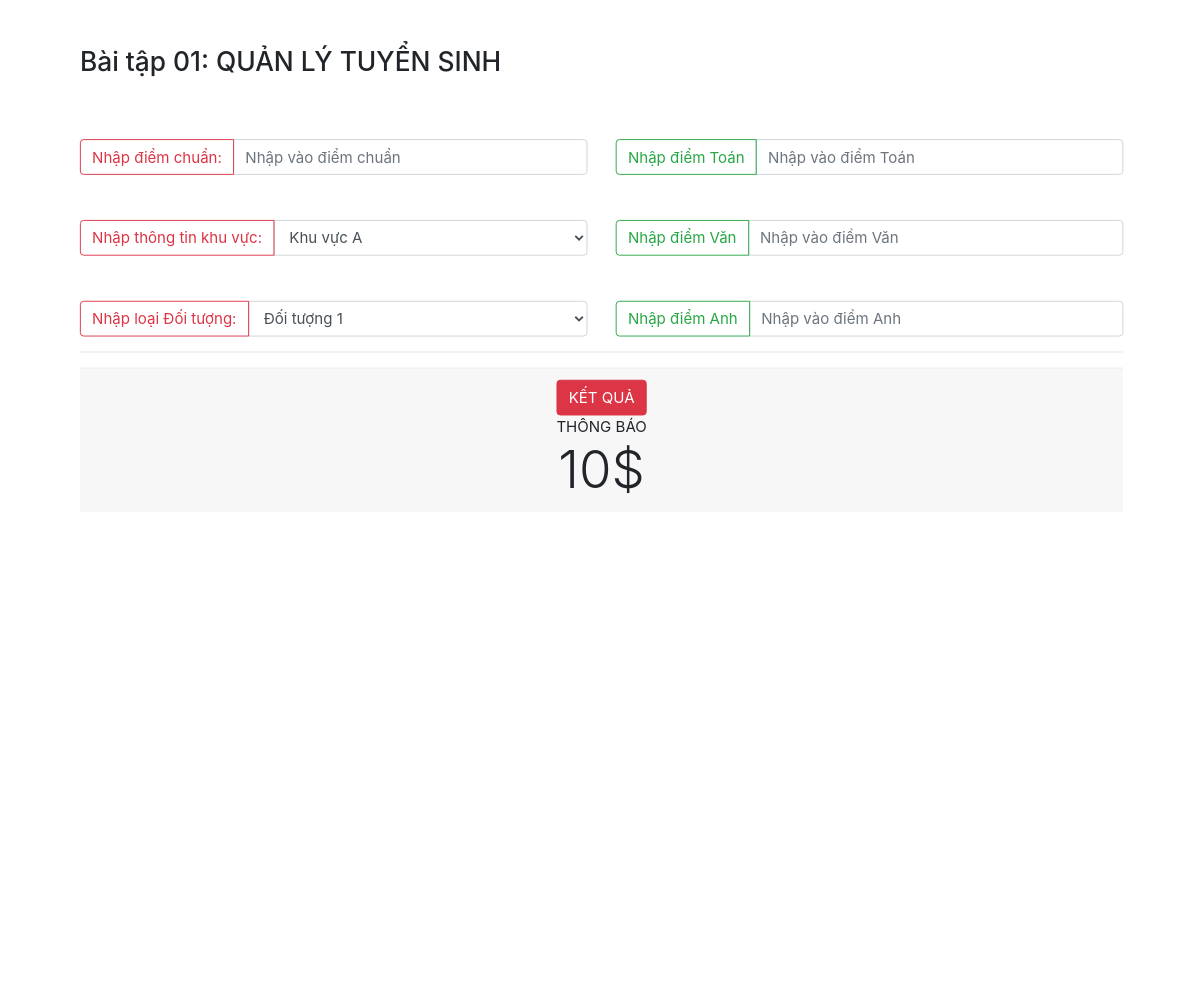
Repository: ducdatit2002/javascript-tinh-day15
Page: index.html
An editor plug-in stored every save of this project. The page is shown before and after a run of saves, followed by the edit.
The browser window is 1280 px wide. The pictures show the whole page, at 94% of full size.

Above is the page before, as saved 2023-08-20 12:53:59.

After the next 2 saves:
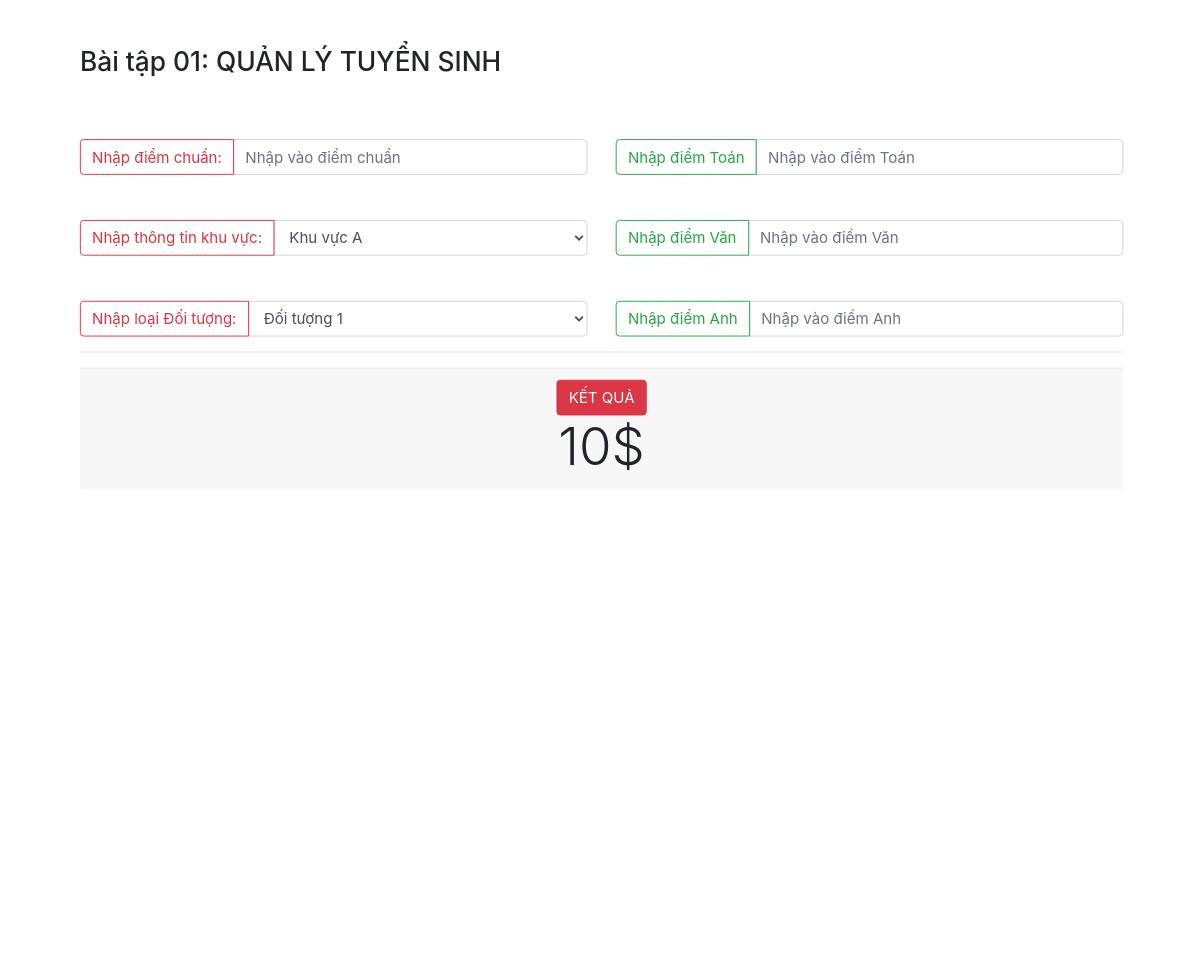
The 2 saves are shown as one change because they came seconds apart.
The last was saved 8 s later.
--- a/index.html
+++ b/index.html
@@ -95,8 +95,6 @@
         <div class="card-footer text-center">
             <button id="btnKetQua" class="btn btn-danger">KẾT QUẢ</button>
             <br />
-            <span>THÔNG BÁO</span>
-            <br />
             <span id="tienTipTrenNguoi" class="display-4">10$</span>
           </div>
       </div>
